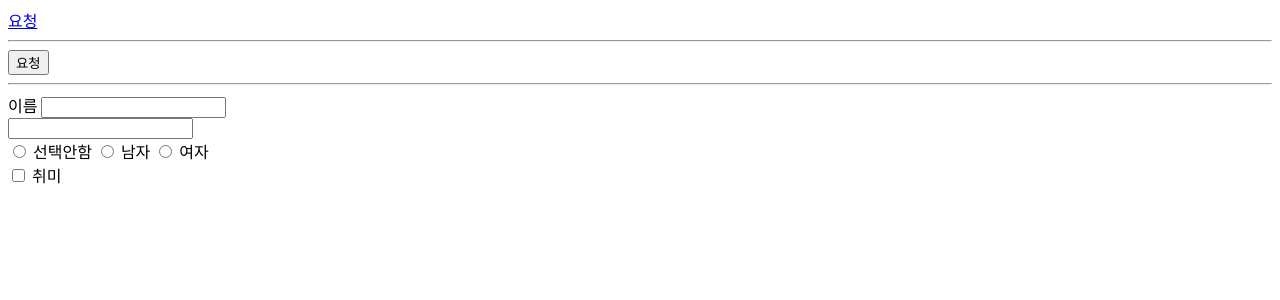
Repository: shyeom94/jspstudy
Page: 01_servlet/src/main/webapp/pkg02_request/NewFile.html
These files come from the project's save history. The page is drawn as it stood at one moment and after the next save; the edit follows.
The browser window is 1280 px wide. The pictures show the whole page.

Above is the page before, as saved 2024-02-28 01:32:19.

### 01_servlet/src/main/webapp/pkg02_request/NewFile.html
<!DOCTYPE html>
<html>
<head>
<meta charset="UTF-8">
<title>Insert title here</title>
<!-- CDN을 이용하기 -->
<script src="https://code.jquery.com/jquery-3.7.1.min.js" integrity="sha256-/JqT3SQfawRcv/BIHPThkBvs0OEvtFFmqPF/lYI/Cxo=" crossorigin="anonymous"></script>
</head>
<body>

  <!-- <a> 태그 요청 -->
  <div>
    <!--<a href="/servlet/request?number=10&number2=1.5">요청</a>-->
    <a id="link" data-number="50" data-number2="5.5">요청</a>
  </div>

  <script>
        var link = document.getElementById('link');
        link.href = '/servlet/request?number=' + link.dataset.number + '&number2=' + link.dataset.number2;
// 프로젝트경로(contextpath)/서블릿경로(urlmapping)?서버쪽으로보내는내용
		// null 값 전달 테스트
  </script>

  <hr>

  <!-- JavaScript : location 객체 요청 -->
  <div data-number="30">
    <button type="button" id="btn" data-number2="3.5">요청</button>
  </div>

  <script>
  // jQuery 이용하기
  let $btn = $('#btn');
  $btn.on('click', (evt)=>{
	  let number = $btn.parent().data('number');
	  let number2 = $btn.data('number2');
	  location.href = `/servlet/request?number=${number}&number2=${number2}`;
  })
  </script>

  <hr>

  <!-- <form> 태그 요청 -->
  <form id="frm" method="POST" action="/servlet/request">
    <div class="inp-wrap">
      <label for="name">이름</label>
      <input type="text" name="name" id="name">
    </div>
    <div class="inp-wrap">
      <label for="email"></label>
      <input type="text" name="email" id="email">
    </div>
    <div class="inp-wrap">
      <input type="radio" name="gender" id="none">
      <label for="none">선택안함</label>
      <input type="radio" name="gender" id="man">
      <label for="none">남자</label>
      <input type="radio" name="gender" id="woman">
      <label for="none">여자</label>
    </div>
    <div class="inp-wrap">
      <input type="checkbox" name="hobbies" id="">
      <label for="">취미</label>
    </div>
  </form>

</body>
</html>

After the next save:
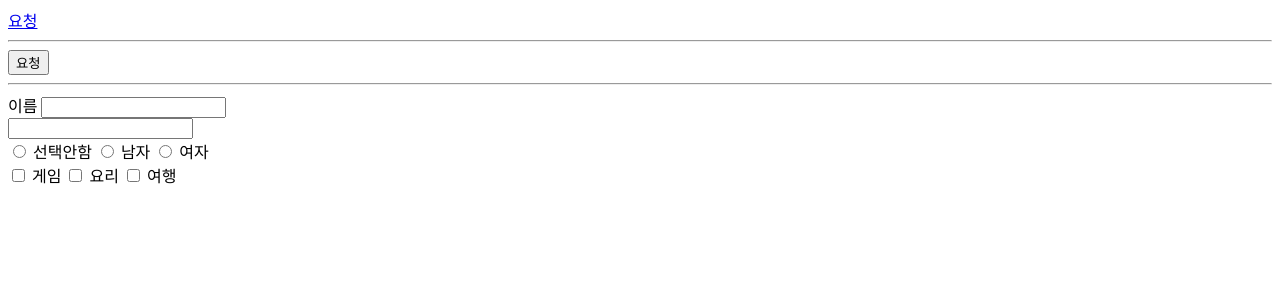
Saved 61 s later.
--- a/01_servlet/src/main/webapp/pkg02_request/NewFile.html
+++ b/01_servlet/src/main/webapp/pkg02_request/NewFile.html
@@ -59,8 +59,12 @@
       <label for="none">여자</label>
     </div>
     <div class="inp-wrap">
-      <input type="checkbox" name="hobbies" id="">
-      <label for="">취미</label>
+      <input type="checkbox" name="hobbies" id="game">
+      <label for="game">게임</label>
+      <input type="checkbox" name="hobbies" id="cook">
+      <label for="cook">요리</label>
+      <input type="checkbox" name="hobbies" id="travel">
+      <label for="travel">여행</label>
     </div>
   </form>
 
